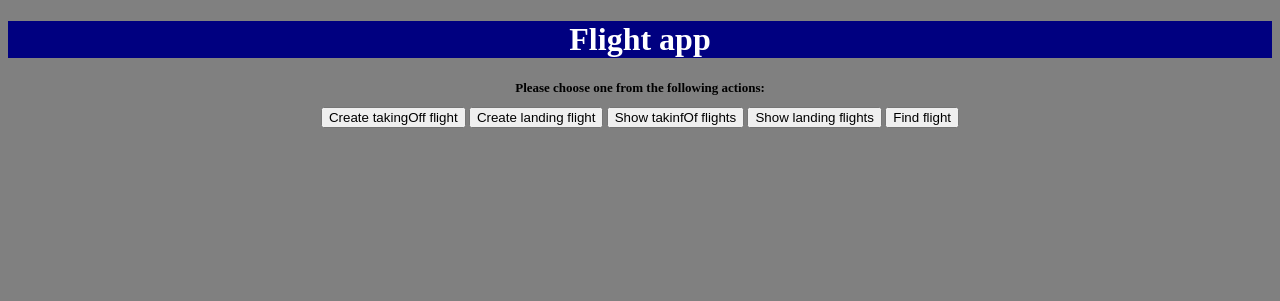
Repository: kerenrachev/Flight-App-Project
Page: FlightApp/WebContent/Web.html
An editor plug-in stored every save of this project. The page is shown before and after the next save, followed by the edit.
The browser window is 1280 px wide. The pictures show the whole page.

Above is the page before, as saved 2020-08-19 15:44:14.

### FlightApp/WebContent/Web.html
<!DOCTYPE html>
<html>
<head>
<meta charset="windows-1255">
<title>"HELLO"</title>
</head>
<style>
h1 {
  background-color: navy;
  color: white;
  text-align: center;
}
h2{
  text-align: center;
  font-size: small;
}
body{
background-color: gray;
}
</style>
<body>

<h1> Flight app </h1>
<h2> Please choose one from the following actions: <h2>
<button type="Button">Create takingOff flight</button>
<button type="Button">Create landing flight</button>
<button type="Button">Show takinfOf flights</button>
<button type="Button">Show landing flights</button>
<button type="Button">Find flight</button>


<script> alert ('hey')</script>
</body>
</html>

After the next save:
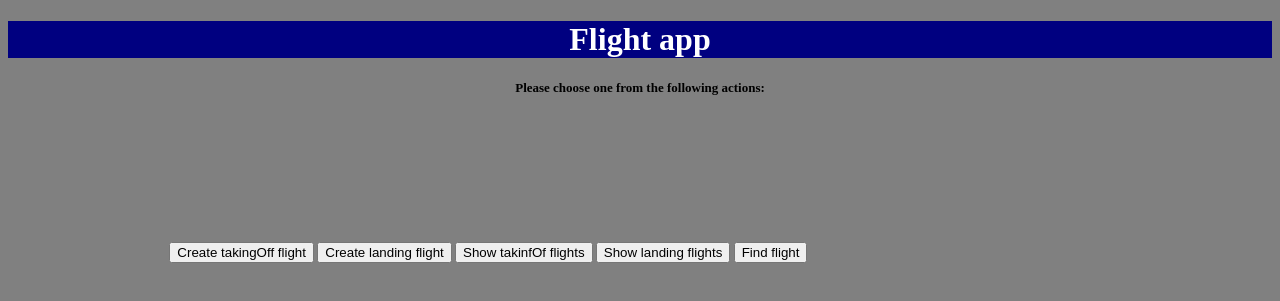
Saved 7 min 28 s later.
--- a/FlightApp/WebContent/Web.html
+++ b/FlightApp/WebContent/Web.html
@@ -15,7 +15,12 @@
   font-size: small;
 }
 body{
-background-color: gray;
+   background-color: gray;
+}
+canvas{
+   size: portrait;
+   color: white;
+
 }
 </style>
 <body>
@@ -28,6 +33,10 @@
 <button type="Button">Show landing flights</button>
 <button type="Button">Find flight</button>
 
+<canvas>
+
+</canvas>
+
 
 <script> alert ('hey')</script>
 </body>

After the save that followed:
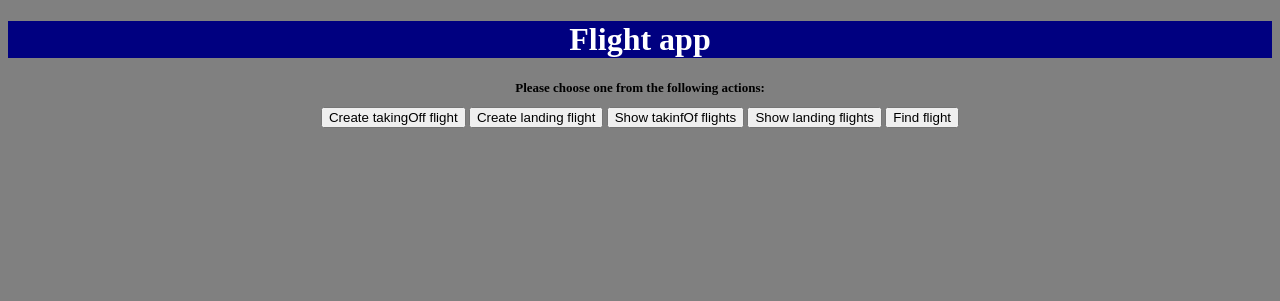
Saved 35 s later.
--- a/FlightApp/WebContent/Web.html
+++ b/FlightApp/WebContent/Web.html
@@ -17,11 +17,7 @@
 body{
    background-color: gray;
 }
-canvas{
-   size: portrait;
-   color: white;
 
-}
 </style>
 <body>
 
@@ -33,10 +29,6 @@
 <button type="Button">Show landing flights</button>
 <button type="Button">Find flight</button>
 
-<canvas>
-
-</canvas>
-
 
 <script> alert ('hey')</script>
 </body>
